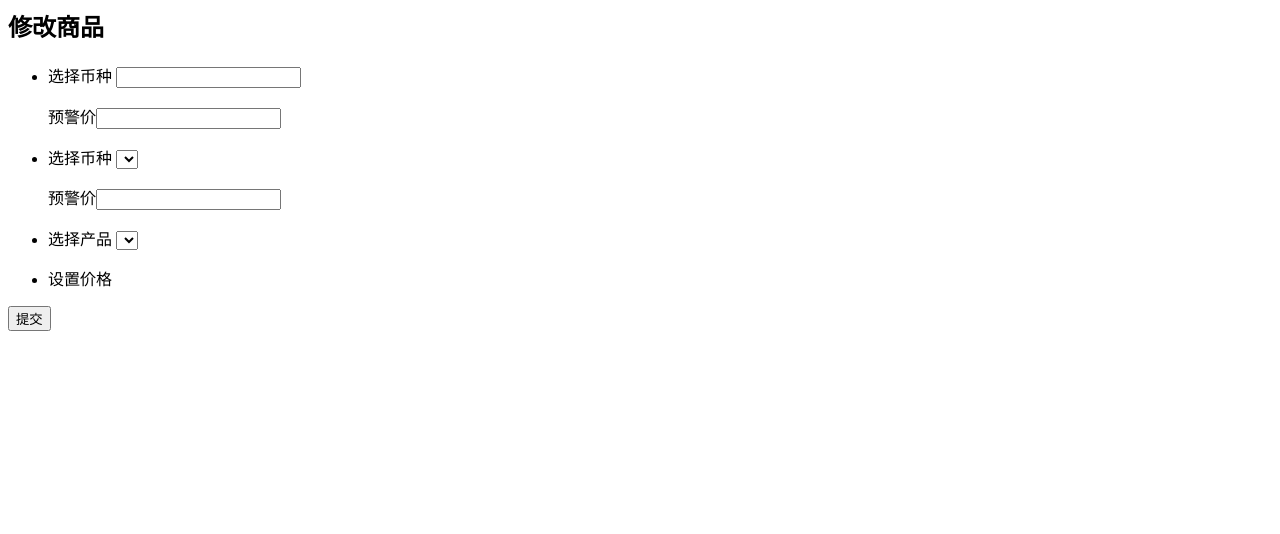
Repository: wangyan466393/racentSystem
Page: updateProduct.html
These files come from the project's save history. The page is drawn as it stood at one moment and after the next save; the edit follows.
The browser window is 1280 px wide. The pictures show the whole page.

Above is the page before, as saved 2020-08-13 11:36:59.

After the next save:
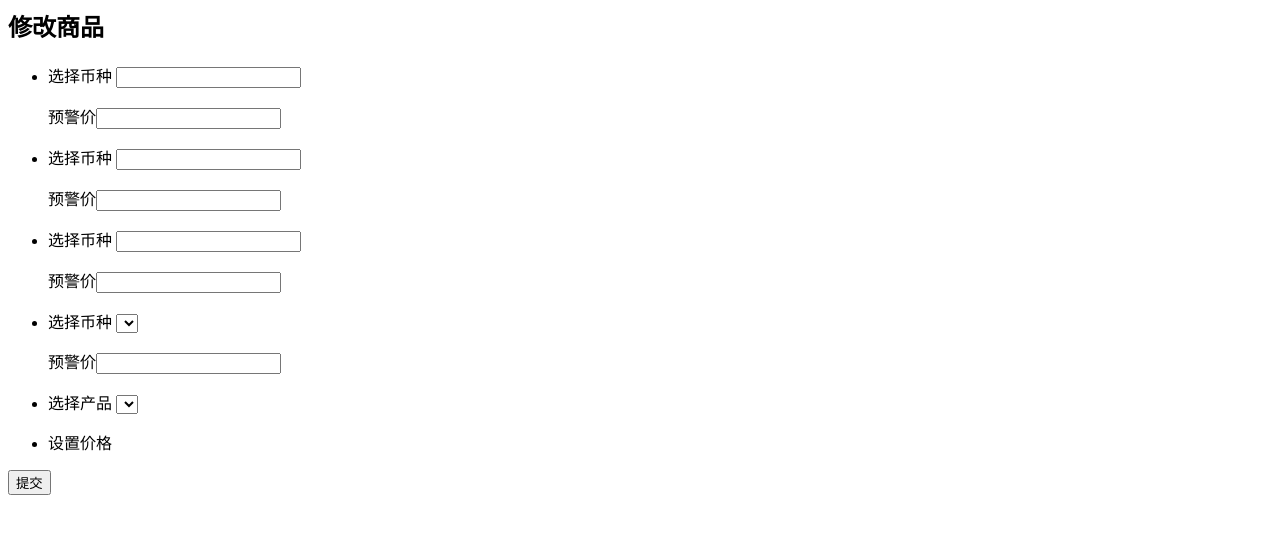
Saved 43 s later.
--- a/updateProduct.html
+++ b/updateProduct.html
@@ -3,6 +3,24 @@
 <div class="config_box">
     <div class="price_content">
         <ul>
+            <li>
+                <p>
+                    <span>选择币种</span>
+                    <input type="text" class="config_inp">
+                </p>
+                <p>
+                    <span>预警价</span><input type="text" class="config_inp">
+                </p>
+            </li>
+            <li>
+                <p>
+                    <span>选择币种</span>
+                    <input type="text" class="config_inp">
+                </p>
+                <p>
+                    <span>预警价</span><input type="text" class="config_inp">
+                </p>
+            </li>
             <li>
                 <p>
                     <span>选择币种</span>
